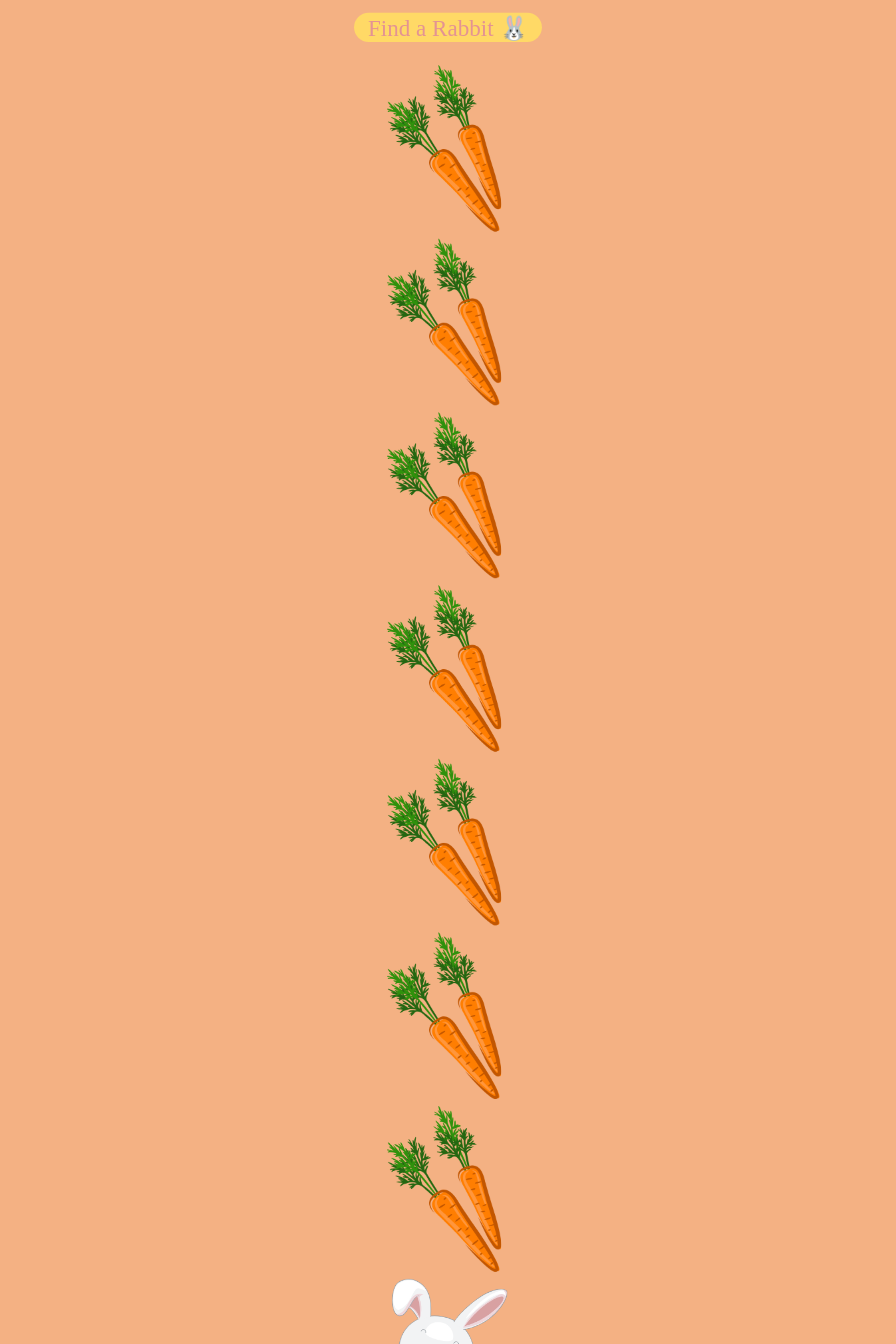
Repository: sephinejo/frontend-browser-101
Page: browser/practice-find-rabbit/index.html
These files come from the project's save history. The page is drawn as it stood at one moment and after the next save; the edit follows.
The browser window is 1280 px wide. The pictures show the part of the page from y = 0 to 1920 px (the page is 3029 px tall), at 70% of full size.
The pointer rests on the first visible `button`.
Some web fonts or font styles are not loaded; a fallback is used.

Above is the page before, as saved 2023-05-10 21:20:47.

### browser/practice-find-rabbit/index.html
<!DOCTYPE html>
<html lang="en">
  <head>
    <meta charset="UTF-8" />
    <meta name="viewport" content="width=device-width, initial-scale=1.0" />
    <title>Scroll</title>
    <link rel="preconnect" href="https://fonts.googleapis.com" />
    <link rel="preconnect" href="https://fonts.gstatic.com" crossorigin />
    <link
      href="https://fonts.googleapis.com/css2?family=Alice&display=swap"
      rel="stylesheet"
    />
    <style>
      body {
        margin: 0;
        display: flex;
        flex-direction: column;
        align-items: center;
        background-color: #f4b183;
      }

      button {
        border-style: none;
        border-radius: 1.3rem;
        margin: 20px 0 30px 0;
        padding: 1.5px 18px;
        background-color: #ffd966;
        color: #e49393;
        font-size: 30px;
        font-family: Alice;
      }

      button:hover {
        transform: scale(1.1);
      }

      img {
        margin: 5px;
        width: 175px;
      }
    </style>
  </head>
  <body>
    <button>Find a Rabbit 🐰</button>
    <img src="img/carrot.png" alt="carrot" />
    <img src="img/carrot.png" alt="carrot" />
    <img src="img/carrot.png" alt="carrot" />
    <img src="img/carrot.png" alt="carrot" />
    <img src="img/carrot.png" alt="carrot" />
    <img src="img/carrot.png" alt="carrot" />
    <img src="img/carrot.png" alt="carrot" />
    <img src="img/rabbit.png" alt="rabbit" />
    <img src="img/carrot.png" alt="carrot" />
    <img src="img/carrot.png" alt="carrot" />
    <img src="img/carrot.png" alt="carrot" />
    <img src="img/carrot.png" alt="carrot" />

    <script></script>
  </body>
</html>

After the next save:
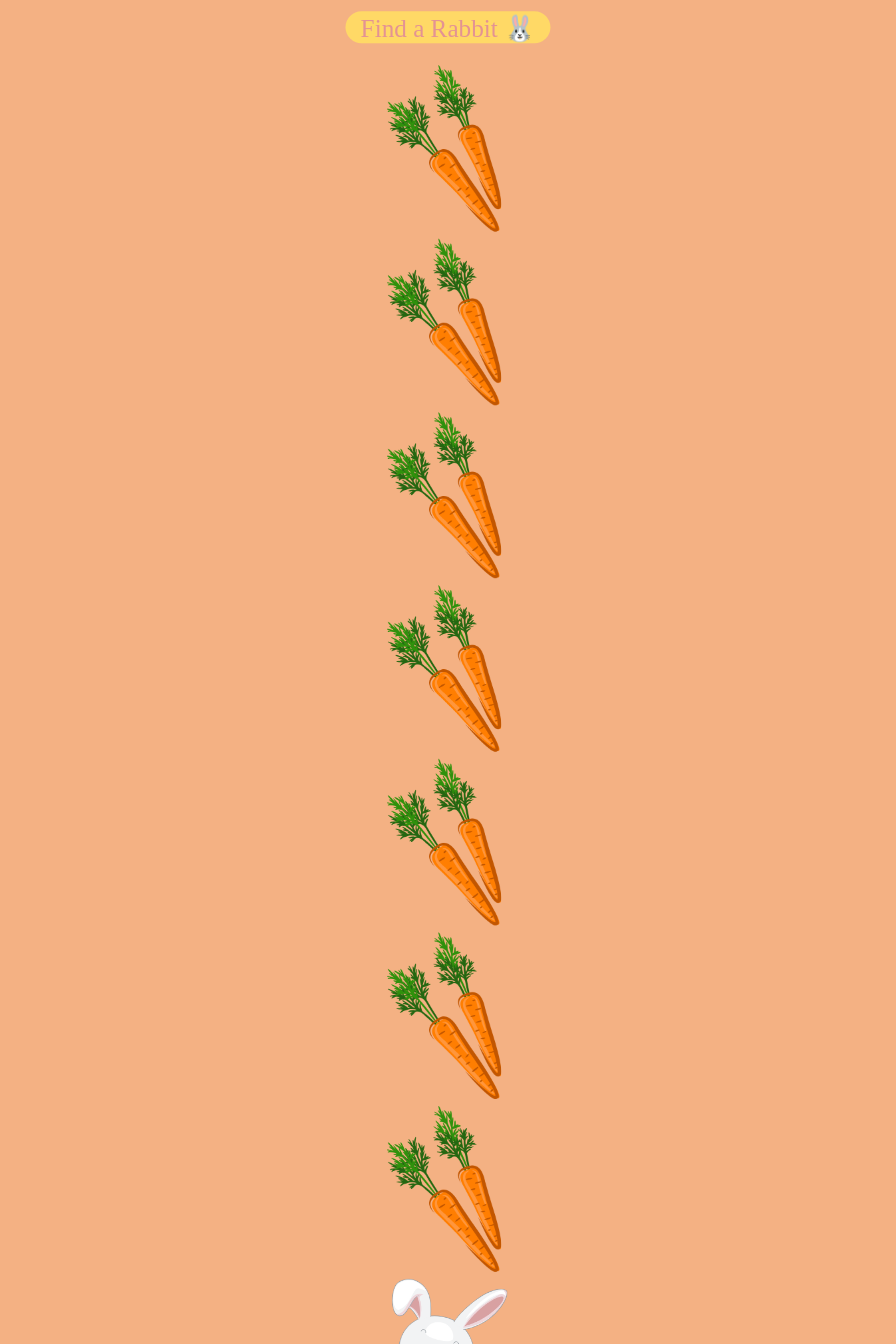
Saved 9 s later.
--- a/browser/practice-find-rabbit/index.html
+++ b/browser/practice-find-rabbit/index.html
@@ -31,7 +31,7 @@
       }
 
       button:hover {
-        transform: scale(1.1);
+        transform: scale(1.2);
       }
 
       img {
